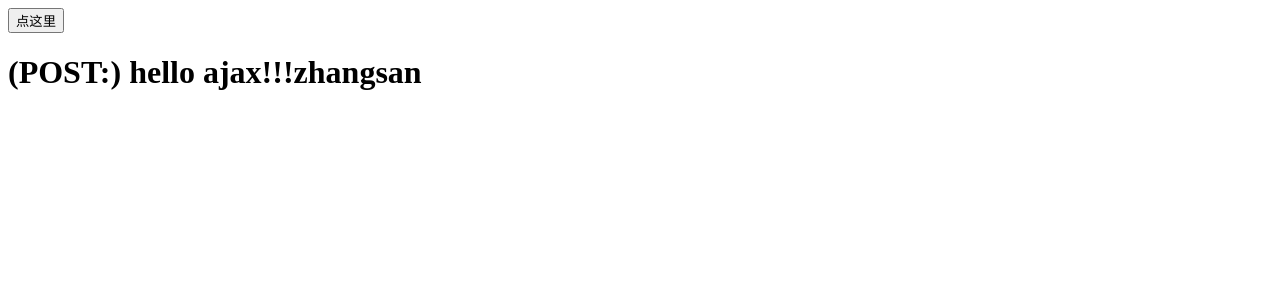
Repository: EthanZmr/myCode
Page: http://localhost/ajax/post_ajax.jsp
These files come from the project's save history. The page is drawn as it stood at one moment and after the next save; the edit follows.
The browser window is 1280 px wide. The pictures show the whole page.
After loading, the first visible `#btn` was clicked once.
The page is served by Tomcat 9. Other server files are loaded and not shown.

Above is the page before, as saved 2018-12-21 12:39:45.

### ajax/WebContent/post_ajax.jsp
<%@ page language="java" contentType="text/html; charset=UTF-8"
    pageEncoding="UTF-8"%>


<!DOCTYPE html>
<html>
<head>
<meta charset="UTF-8">
<title>Insert title here</title>
</head>
<script type="text/javascript">
	window.onload = function(){ //文档加载完毕后执行
		var btn = document.getElementById("btn");


		btn.onclick = function(){

			var xmlHttp = createXmlHttpRequest();

			xmlHttp.open("POST","/ajax/AjaxServlet",true);

			xmlHttp.setRequestHeader("content-Type", "application/x-www-form-urlencoded");

			xmlHttp.send("username=zhangsan&&password=123");

			xmlHttp.onreadystatechange = function(){
				if(xmlHttp.readyState == 4 && xmlHttp.status == 200){
					var content = xmlHttp.responseText;
					var h1 = document.getElementById("h1");
					h1.innerHTML = content;
				}
			}
		};
	};

	function createXmlHttpRequest(){
		try {
			return new XMLHttpRequest();
		} catch (e) {
			try {
				return new ActiveXObject("Msxml2.XMLHTTP");
			} catch (e) {
				try {
					return new ActiveXObject("Microsoft.XMLHTTP");
				} catch (e) {
					throw e;
				}
			}
		}
	}
</script>
<body>
	<button id="btn">点这里</button>

	<h1 id=h1></h1>
</body>
</html>

### ajax/src/com/ethan/web/Servlet/AjaxServlet.java
package com.ethan.web.Servlet;

import java.io.IOException;
import javax.servlet.ServletException;
import javax.servlet.annotation.WebServlet;
import javax.servlet.http.HttpServlet;
import javax.servlet.http.HttpServletRequest;
import javax.servlet.http.HttpServletResponse;

/**
 * Servlet implementation class AjaxServlet
 */
@WebServlet("/AjaxServlet")
public class AjaxServlet extends HttpServlet {
	private static final long serialVersionUID = 1L;

	protected void doGet(HttpServletRequest request, HttpServletResponse response) throws ServletException, IOException {
		System.out.println("Hello ajax!");
		response.getWriter().print("hello ajax!!!");
	}

	@Override
	protected void doPost(HttpServletRequest req, HttpServletResponse resp) throws ServletException, IOException {
		String username = req.getParameter("username");
		System.out.println("(POST:) hello ajax!" + username);
		resp.getWriter().print("(POST:) hello ajax!!!" + username);
	}

}

After the next save:
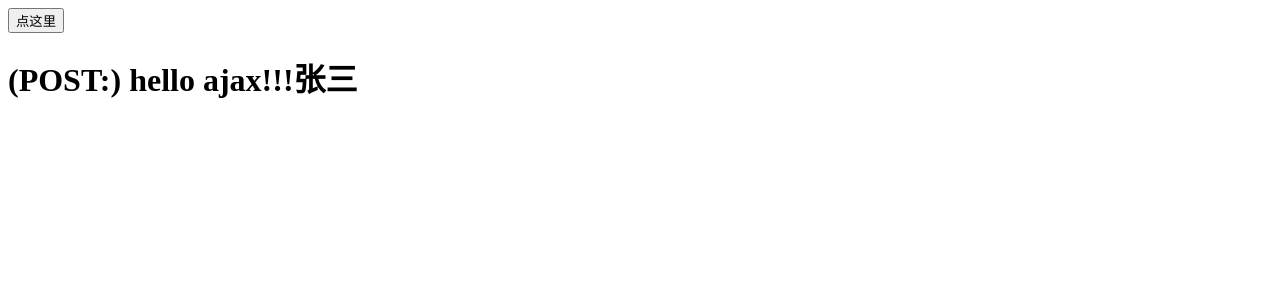
Saved 82 s later.
--- a/ajax/WebContent/post_ajax.jsp
+++ b/ajax/WebContent/post_ajax.jsp
@@ -21,7 +21,7 @@
 
 			xmlHttp.setRequestHeader("content-Type", "application/x-www-form-urlencoded");
 
-			xmlHttp.send("username=zhangsan&&password=123");
+			xmlHttp.send("username=张三&&password=123");
 
 			xmlHttp.onreadystatechange = function(){
 				if(xmlHttp.readyState == 4 && xmlHttp.status == 200){
